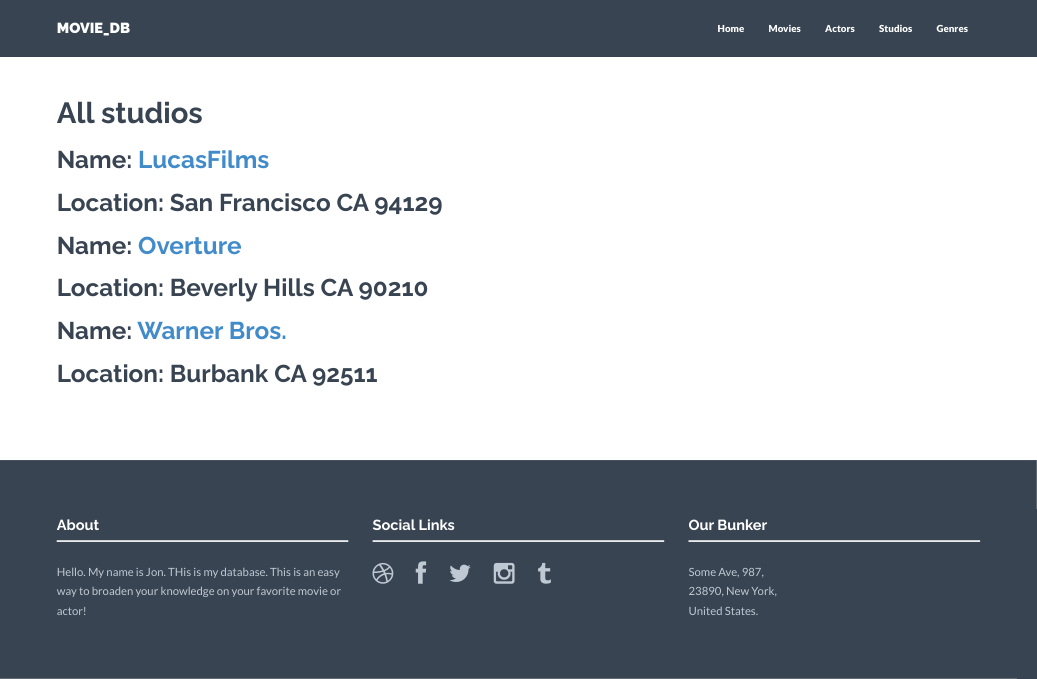
Repository: jonak91/Buzzerd-index
Page: http://localhost/studios.php
The author's editor kept a record of every edit. The page is drawn from the files as they stood at one moment, then again after the next edit.
The browser window is 1280 px wide. The pictures show the whole page, at 81% of full size.
Some web libraries are served in a nearby version. The page is run by PHP 8.4 with error messages shown; the project is at /var/www/html/. The database holds what the project's SQL file puts in it.

Above is the page before.
Not found: assets/js/modernizr.js

After the next edit:
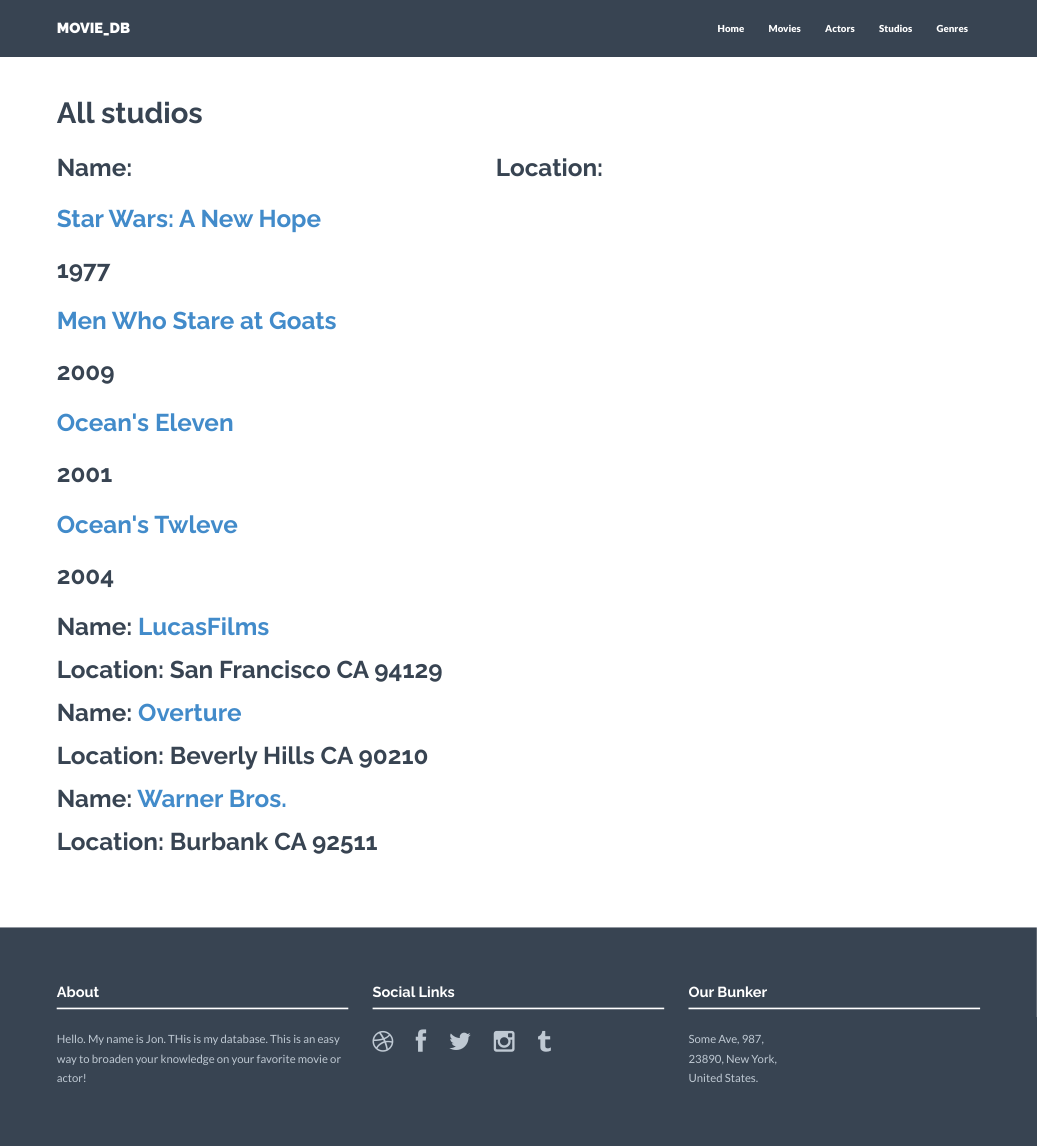
The edit:
--- a/studios.php
+++ b/studios.php
@@ -7,6 +7,25 @@
 	 		<! -- MAIN CONTENAT AREA -->
 	 		<div class="col-lg-8">
 	 			<h1>All studios</h1>
+
+		 		<table style="width:100%">
+
+					<td><h2>Name:</h2></td> <td><h2>Location:</h2></td>
+					<?php
+		 		$movies = get_movies();
+		 		foreach ($movies as $movie) {
+		 		?>
+		 		<tr>
+		 		<td><h2><a href="movie.php?mID=<?php echo $movie['mID']; ?>"><?php echo $movie['title']; ?></a></h2></td>
+		 		</tr>
+		 		<tr>
+		 		<td><h2><?php echo $movie['year_released']; ?></h2></td>
+		 		</tr>
+		 		<?php } ?>
+
+
+
+					</table>
 
 		 		<?php
 		 		$studios = get_studios();
